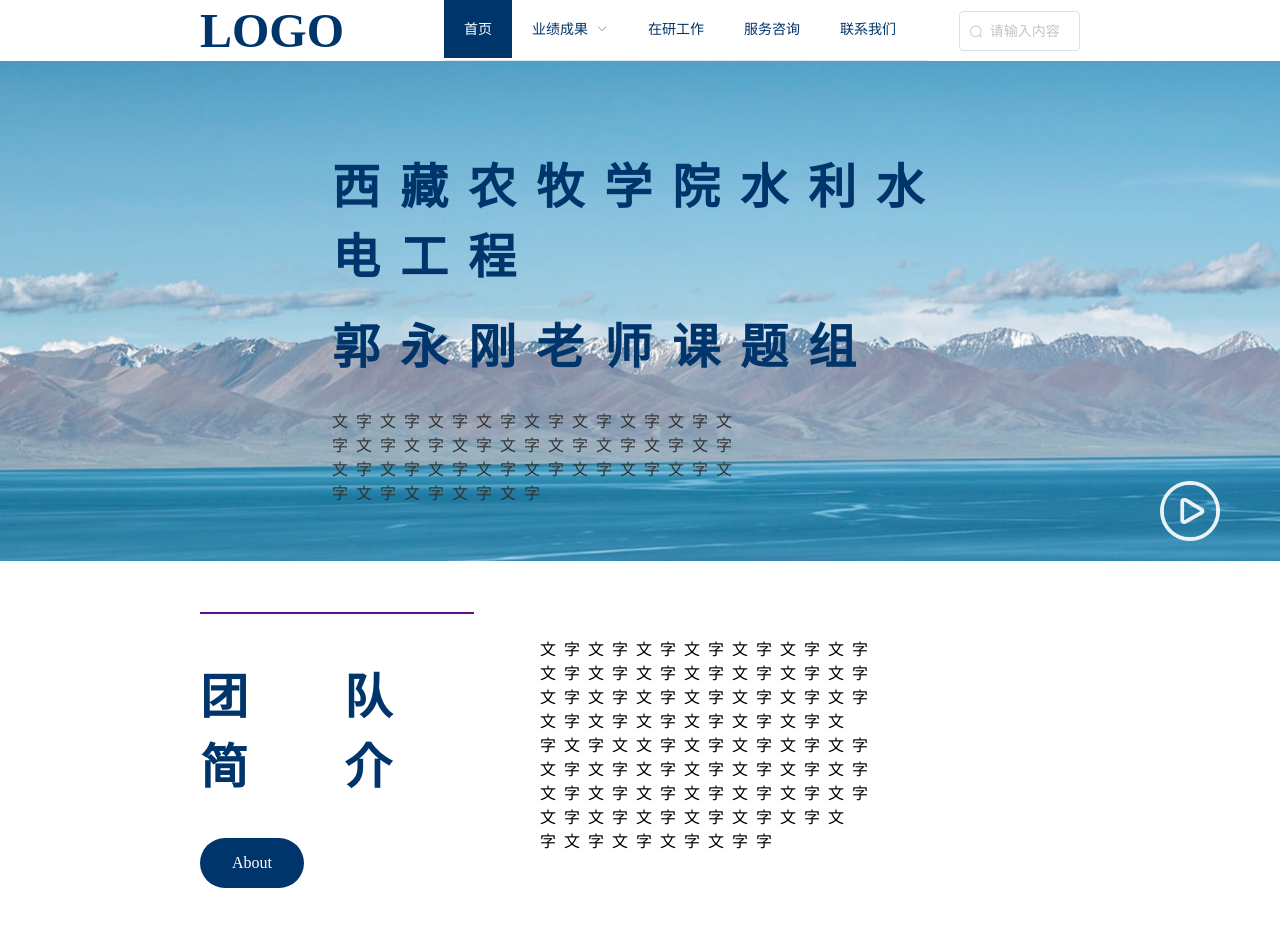
Repository: BLSY/xzust
Page: /
The author's editor kept a copy of each file at every save. The page is drawn from the files as they stood at one save, then again after a run of saves.
The browser window is 1280 px wide. The pictures show the whole page.
The project was rebuilt for these pictures with package versions that can differ from the ones it lists, and the page was loaded fresh each time.

Above is the page before, as saved 2022-11-27 10:19:45.

### index.html
<!DOCTYPE html>
<html>
  <head>
    <meta charset="utf-8">
    <meta name="viewport" content="width=device-width,initial-scale=1.0">
    <title>student</title>
  </head>
  <body style="margin:0;">
    <div id="app"></div>
    <!-- built files will be auto injected -->
  </body>
</html>

### src/main.js
// The Vue build version to load with the `import` command
// (runtime-only or standalone) has been set in webpack.base.conf with an alias.
import Vue from 'vue'
import App from './App'
import ElementUI from 'element-ui';
import 'element-ui/lib/theme-chalk/index.css';
import router from './router'

Vue.use(ElementUI);
Vue.config.productionTip = false

/* eslint-disable no-new */
new Vue({
  el: '#app',
  router,
  components: { App },
  template: '<App/>'
})

### src/App.vue
<template>
  <div id="app">
    <router-view/>
  </div>
</template>

<script>
export default {
  name: 'App'
}
</script>

<style>
#app {

}
</style>

### src/components/HelloWorld.vue
<template>
  <div class="indexBox">
    <div class="nav">
      <div class="login">LOGO</div>
      <div class="navList">
        <el-menu
          :default-active="activeIndex2"
          class="el-menu-demo"
          mode="horizontal"
          @select="handleSelect"
          background-color="#fff"
          text-color="#00356B"
          active-text-color="#fff"
        >
          <el-menu-item index="1">首页</el-menu-item>
          <el-submenu index="2">
            <template slot="title">业绩成果</template>
            <el-menu-item index="2-1">选项1</el-menu-item>
            <el-menu-item index="2-2">选项2</el-menu-item>
            <el-menu-item index="2-3">选项3</el-menu-item>
          </el-submenu>
          <el-menu-item index="3">在研工作</el-menu-item>
          <el-menu-item index="4">服务咨询</el-menu-item>
          <el-menu-item index="5">联系我们</el-menu-item>
        </el-menu>
      </div>
      <div class="serch">
        <el-input
          placeholder="请输入内容"
          prefix-icon="el-icon-search"
          v-model="input2"
        >
        </el-input>
      </div>
    </div>
    <div class="top">
      <div class="toptext">
        <h3 class="h-text">西藏农牧学院水利水电工程</h3>
        <h3 class="h-text" >郭永刚老师课题组</h3>
        <div class="detil">
          文字文字文字文字文字文字文字文字文字文字文字文字文字文字文字文字文字文字文字文字文字文字文字文字文字文字文字文字文字文字
        </div>

      </div>
      <div class="starvidio">
        </div>
    </div>
    <div class="team">
      <div class="team-left">
        <div class="line"></div>
        <h3 class="team-title">团队简介</h3>
        <div class="team-icon">About</div>
      </div>
      <div class="team-right">
        <div class="right-text">
          文字文字文字文字文字文字文字文字文字文字文字文字文字文字文字文字文字文字文字文字文字文字文字文字文字文字文字文
          字文字文文字文字文字文字文字文字文字文字文字文字文字文字文字文字文字文字文字文字文字文字文字文字文字文字文字文
          字文字文字文字文字字
        </div>

      </div>
    </div>
  </div>
</template>

<script>
export default {
  name: "HelloWorld",
  data() {
    return {
      activeIndex2: "1",
      input2: "",
    };
  },
  props: {
    msg: String,
  },
  methods: {
    handleSelect(key, keyPath) {
      console.log(key, keyPath);
    },
  },
};
</script>

<!-- Add "scoped" attribute to limit CSS to this component only -->
<style scoped >
*{
  list-style: none;
}
h3{
  margin: 0;
  padding: 0;
  margin: 10px 0;
}
html{
  font-size: 16px;
}
.indexBox {
  width: 100%;
  height: 100%;
  position: relative;
  box-sizing: border-box;
}
.nav {
  display: flex;
  align-items: center;
  justify-content: center;
  padding: 0 200px;
}
.login {
  flex: 1;
  display: inline-block;
  font-size: 3em;
  font-weight: bold;
  color: #00356B;
  font-family: MicrosoftYaHei;
  margin-right: 100px;
}
.navList{
  flex: 4;
  display: inline-block;
  min-width:55%;
  font-size: 2em;
}
.serch{
  flex: 1;
  display: inline-block;
  margin-left:30px ;
}
.el-menu-item.is-active{
  background: #00356B !important;
}
.top{
  box-sizing: border-box;
  background: url(../assets/topbackg.jpg) no-repeat;
  background-size:100% 100% ;
  position: relative;
  height: 500px;
  display: flex;
  align-items: center;
  justify-content: center;
  /* text-align: center; */
  overflow: hidden;
  padding: 0 200px;
}
  .toptext{
    display: inline-block;
    margin-top: 20px;
    width: 70%;
    text-align: left;
  }
  .h-text{
    display: inline-block;
    color: #00356B;
    font-size: 3em;
    letter-spacing:20px;
  }
  .detil{
    margin-top: 20px;
    display: inline-block;
    width:70%;
    font-size: 1em;
    text-align: left;
    letter-spacing: 0.5em;
    color:#333;
  }
  .starvidio{
    background: url(../assets/bapfang.png) no-repeat;
    background-size:100% 100% ;
    position: absolute;
    bottom: 20px;
    right: 60px;
    height: 60px;
    width: 60px;
  }
  .team{
    height: 366px;
    display: flex;
    flex-direction: row;
    align-items: center;
    justify-content: space-between;
    padding: 0 200px;
  }
  .team-left{
    flex: 1;
    text-align: cente;
    display: inline-block;
    vertical-align: top;
  }
  .team-right{
    flex: 1;
    padding-right:200px ;
    display: inline-block;
    vertical-align: top;
  }
  .right-text{
    text-align: left;
   letter-spacing:0.5em;
  }
  .team-title{
    color: #00356B;
    font-size: 3em;
    letter-spacing:2em;
    margin: 40px 0;
  }
  .line{
    display: inline-block;
    margin: auto;
    width: 80%;
    border: 1px solid #5D0E8B;
  }
  .team-icon{
    text-align: center;
    width: 104px;
    height: 50px;
    line-height: 50px;
    color: #fff;
    font-size: 1em;
    background: #00356B;
    border-radius: 25px;
  }
</style>

Loaded but not shown: src/router/index.js (common file)

After the next 2 saves:
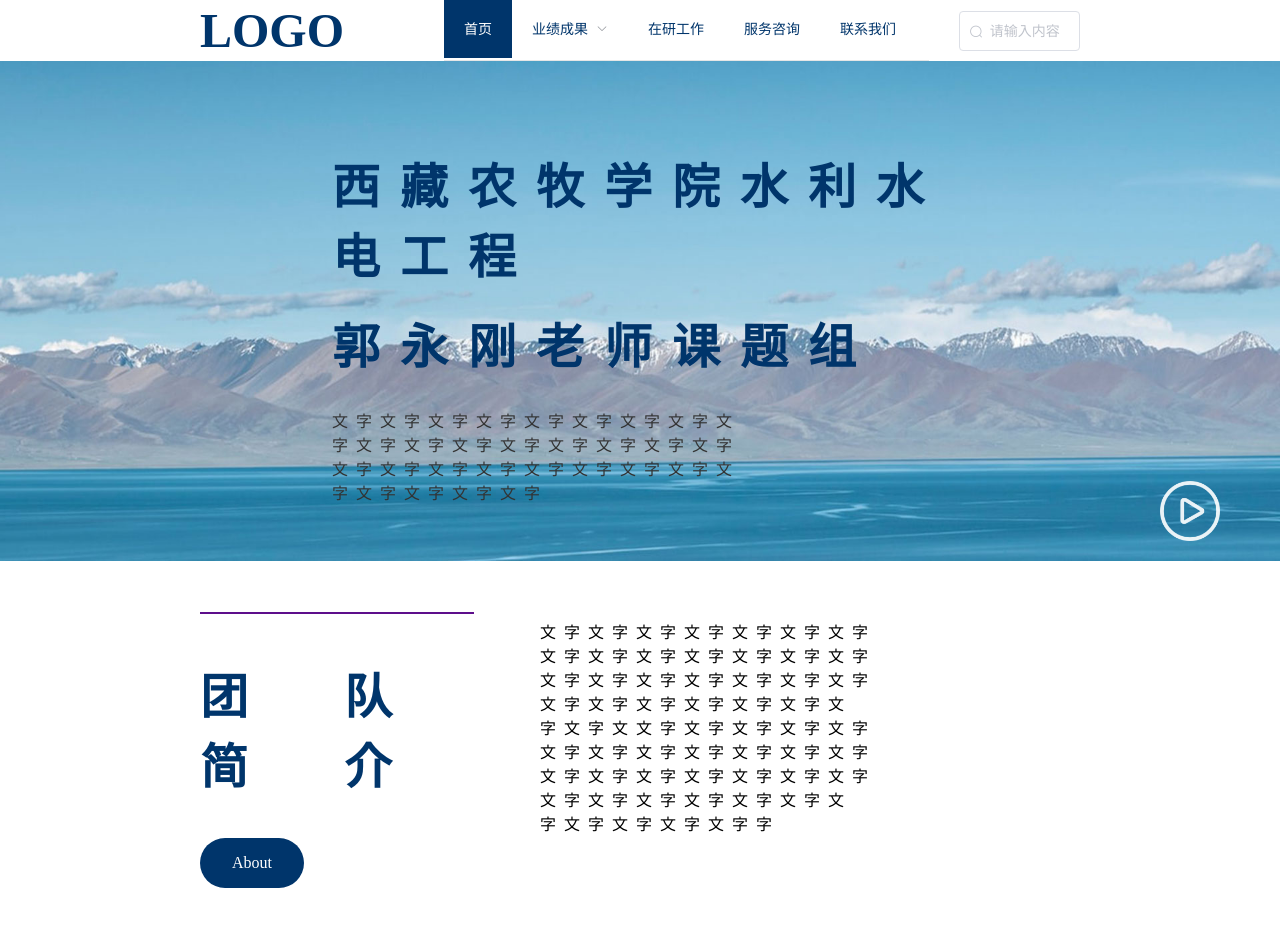
The 2 saves are shown as one change because they came seconds apart.
The last was saved 77 s later.
--- a/src/components/HelloWorld.vue
+++ b/src/components/HelloWorld.vue
@@ -189,6 +189,7 @@ html{
     vertical-align: top;
   }
   .team-right{
+    height: 250px;
     flex: 1;
     padding-right:200px ;
     display: inline-block;
